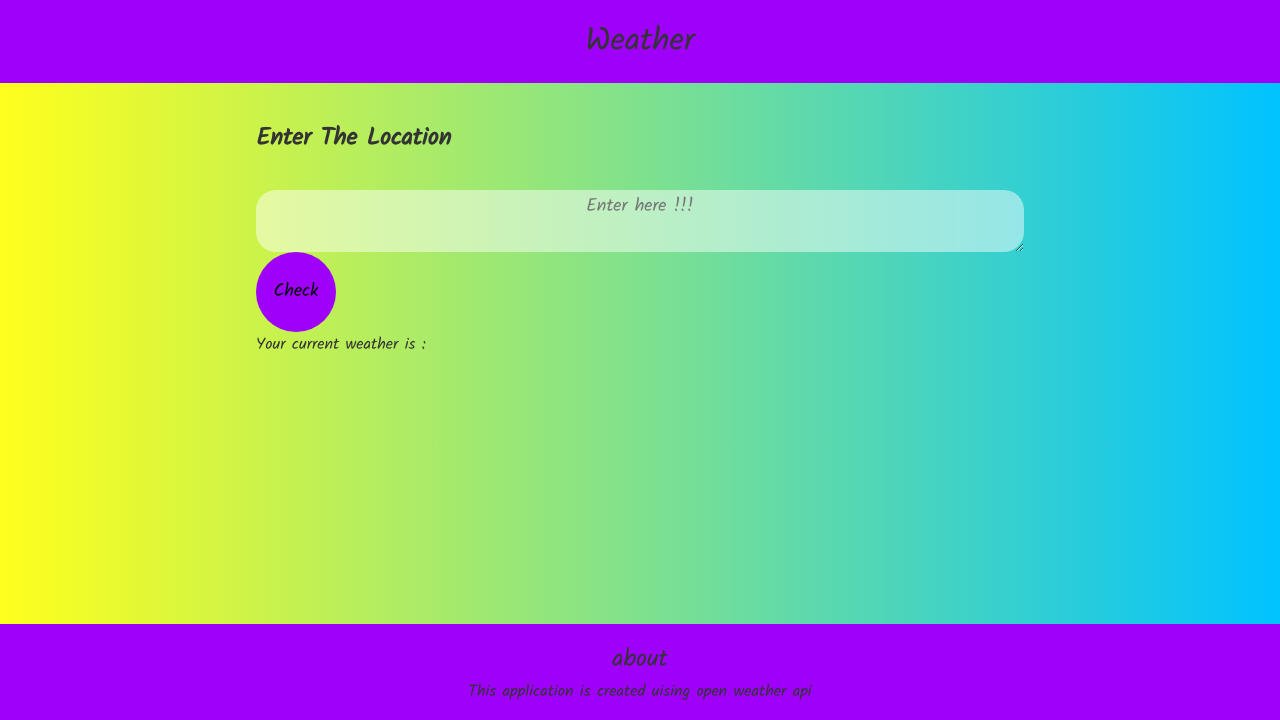
Repository: Irfan-vit/openapi
Page: index.html
The author's editor kept a copy of each file at every save. The page is drawn from the files as they stood at one save, then again after the next save.
The browser window is 1280 px wide. The pictures show the whole page.

Above is the page before, as saved 2021-05-27 23:42:31.

After the next save:
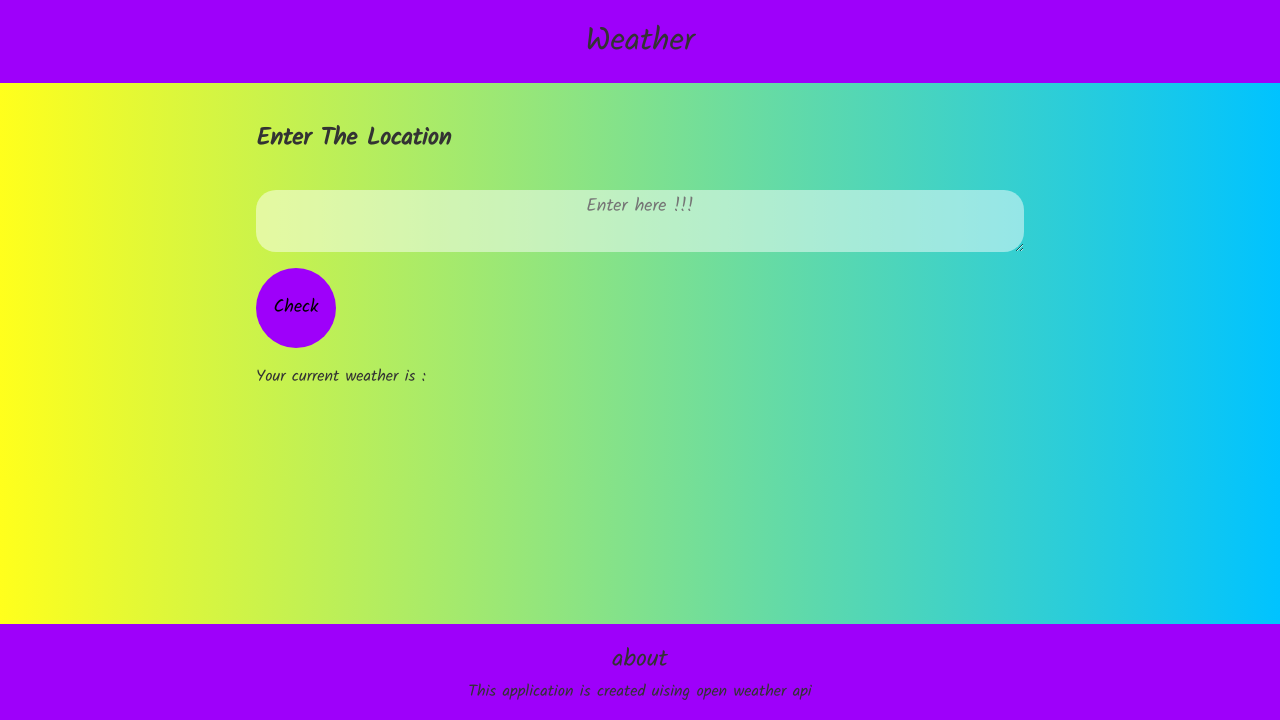
Saved 4 s later.
--- a/style.css
+++ b/style.css
@@ -62,7 +62,7 @@ textarea:hover {
 button {
     background-color: var(--primary);
     border: none;
-    /* margin: 1rem 0rem; */
+    margin: 1rem 0rem;
     /* padding: 1rem 2rem; */
     font-family: 'Kalam', cursive;
     font-size: large;
